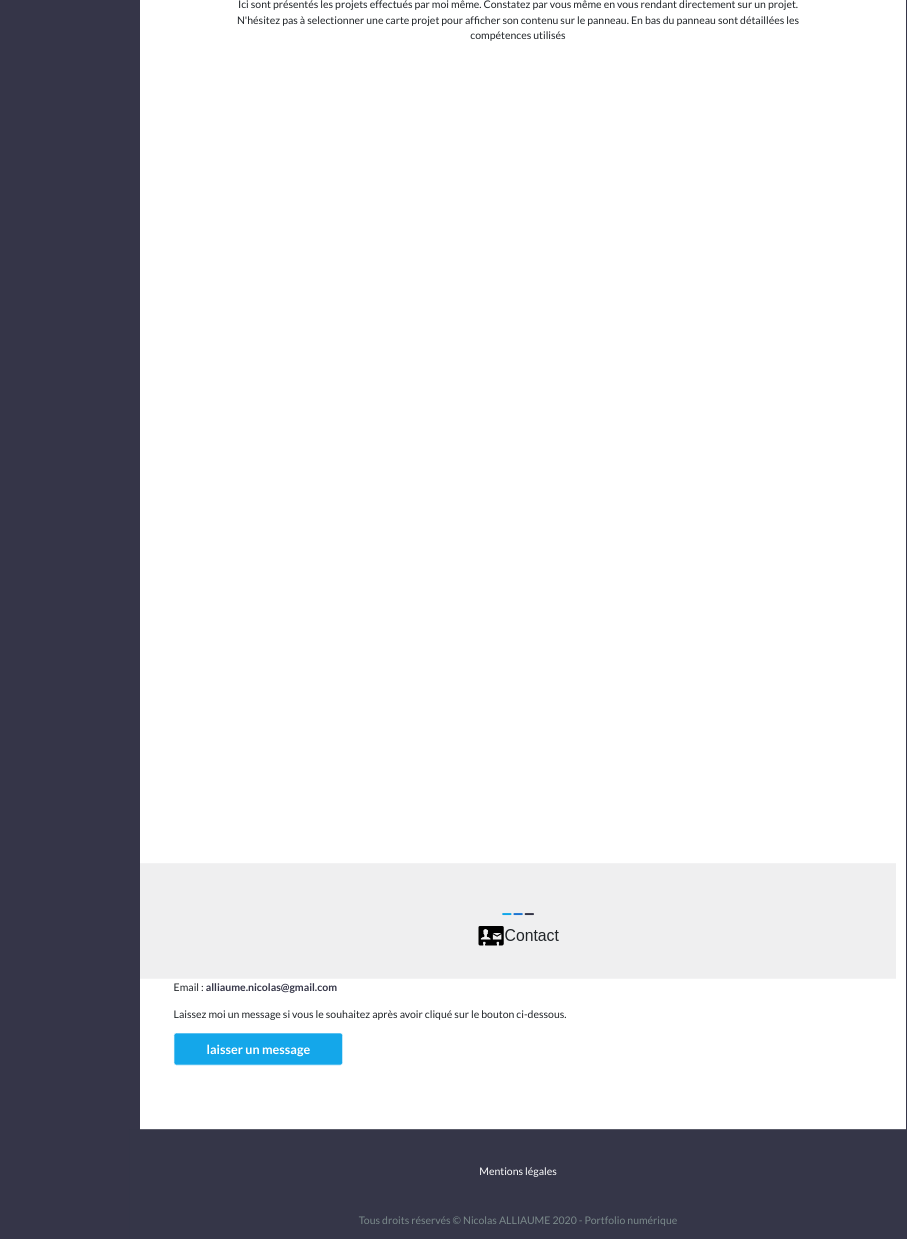
Repository: Nicolas-al/alliaumen
Page: templates/main/index.html.twig
An editor plug-in stored every save of this project. The page is shown before and after the next save, followed by the edit.
The browser window is 1280 px wide. The page is 1295 px wide, so the pictures cover 1295 px, including what lies to the right of the window. The pictures show the part of the page from y = 1183 to 3063 px (the page is 2953 px tall before and 3063 px after), at 70% of full size.
Some web fonts or font styles are not loaded; a fallback is used. Some web libraries are served in a nearby version. The page is a Twig template of a Symfony application; nobody is signed in and links lead nowhere. The template is opened directly, without the code that normally fills it, so the values that code supplies are empty.

Above is the page before, as saved 2020-09-14 16:51:48.

After the next save:
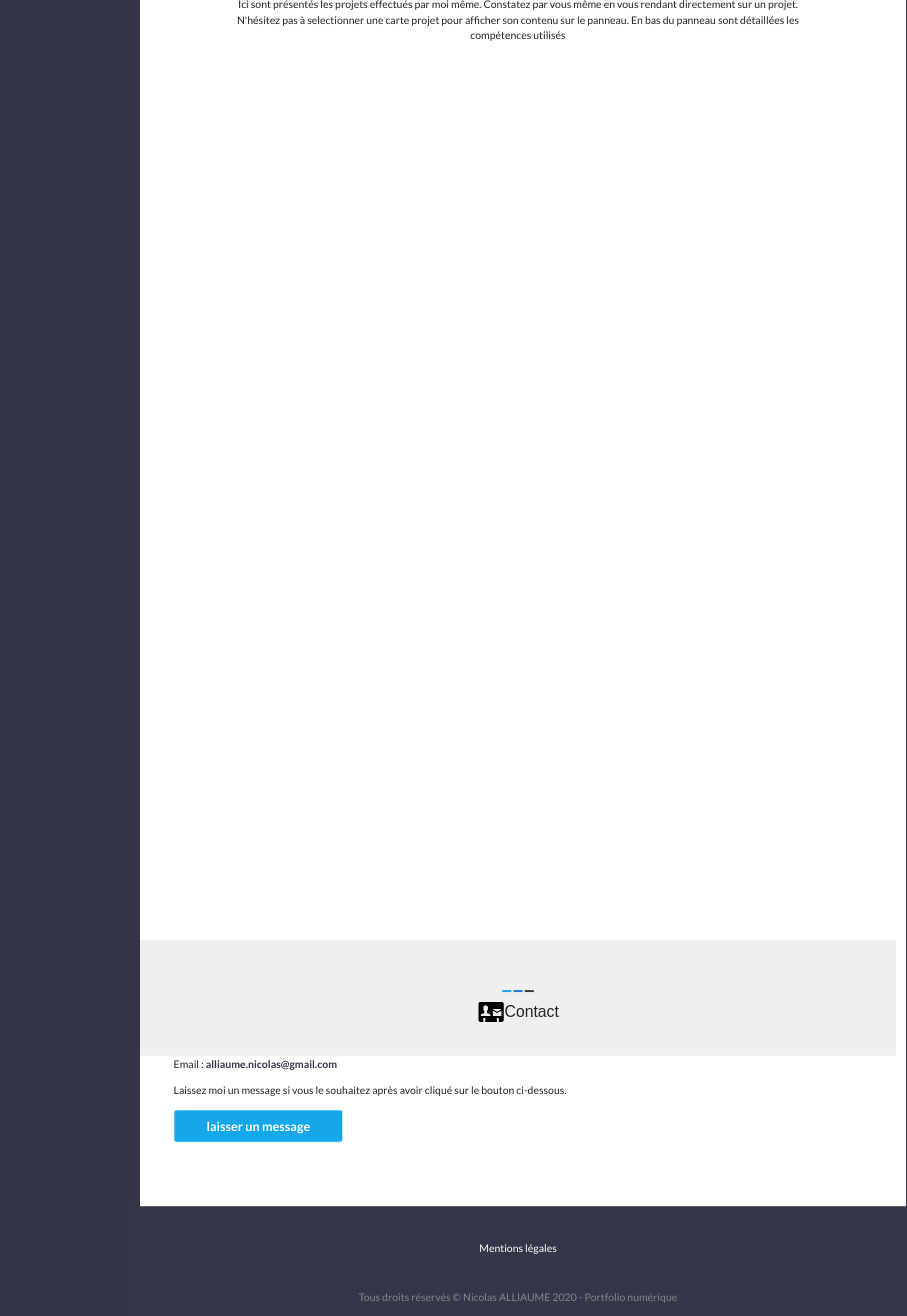
Saved 3 min 20 s later.
--- a/public/css/style.css
+++ b/public/css/style.css
@@ -434,6 +434,9 @@ h6{
     #block_project_card {
         margin-top: 29%;
     }
+    #block_contact {
+        margin-top: 12%;
+    }
 }
 
 @media screen and (max-width: 991px){
